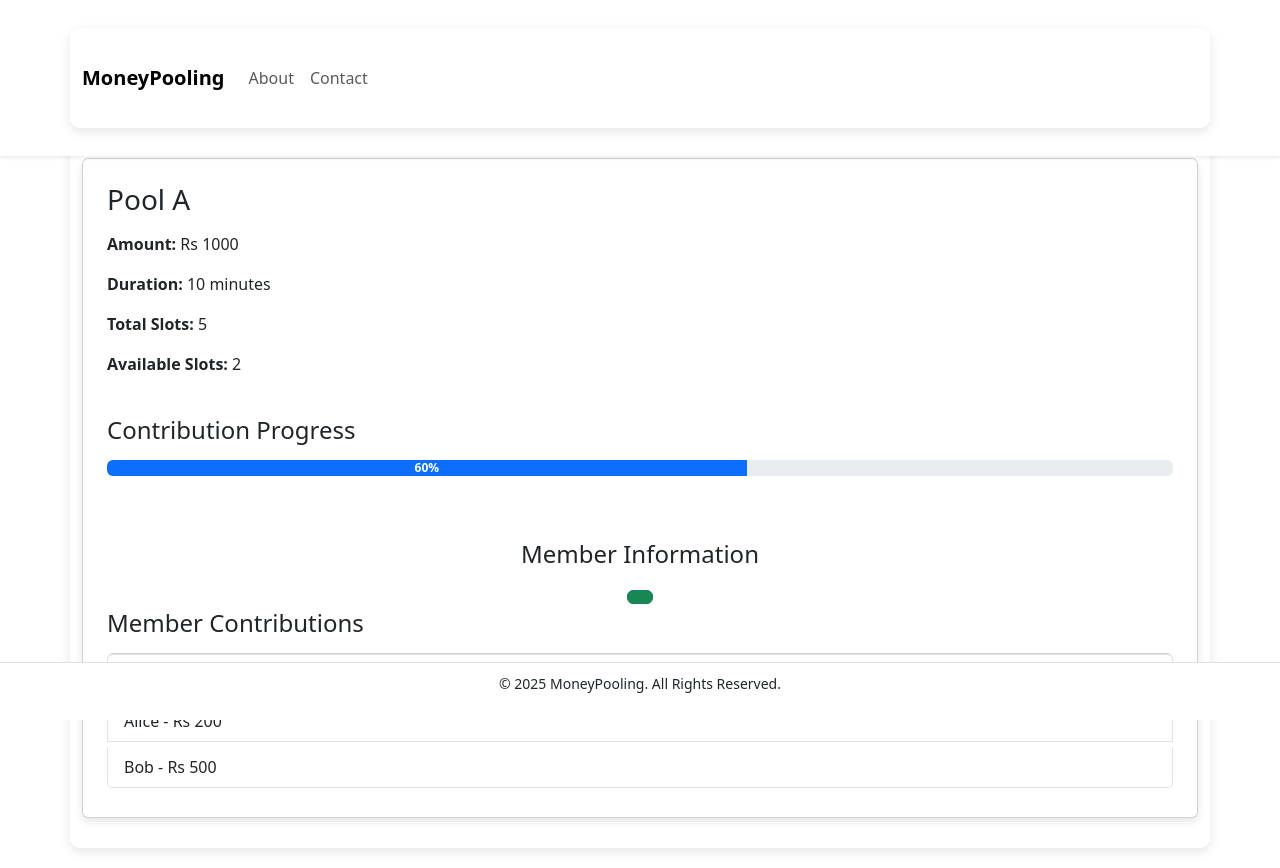
Repository: xxgautm420/MoneyPool
Page: templates/progress.html
These files come from the project's save history. The page is drawn as it stood at one moment and after the next save; the edit follows.
The browser window is 1280 px wide. The pictures show the whole page.
The page is served by the project's application, run on Flask 3 (user.py). The template is opened directly, without the code that normally fills it, so the values that code supplies are empty.

Above is the page before, as saved 2025-03-01 17:48:06.

After the next save:
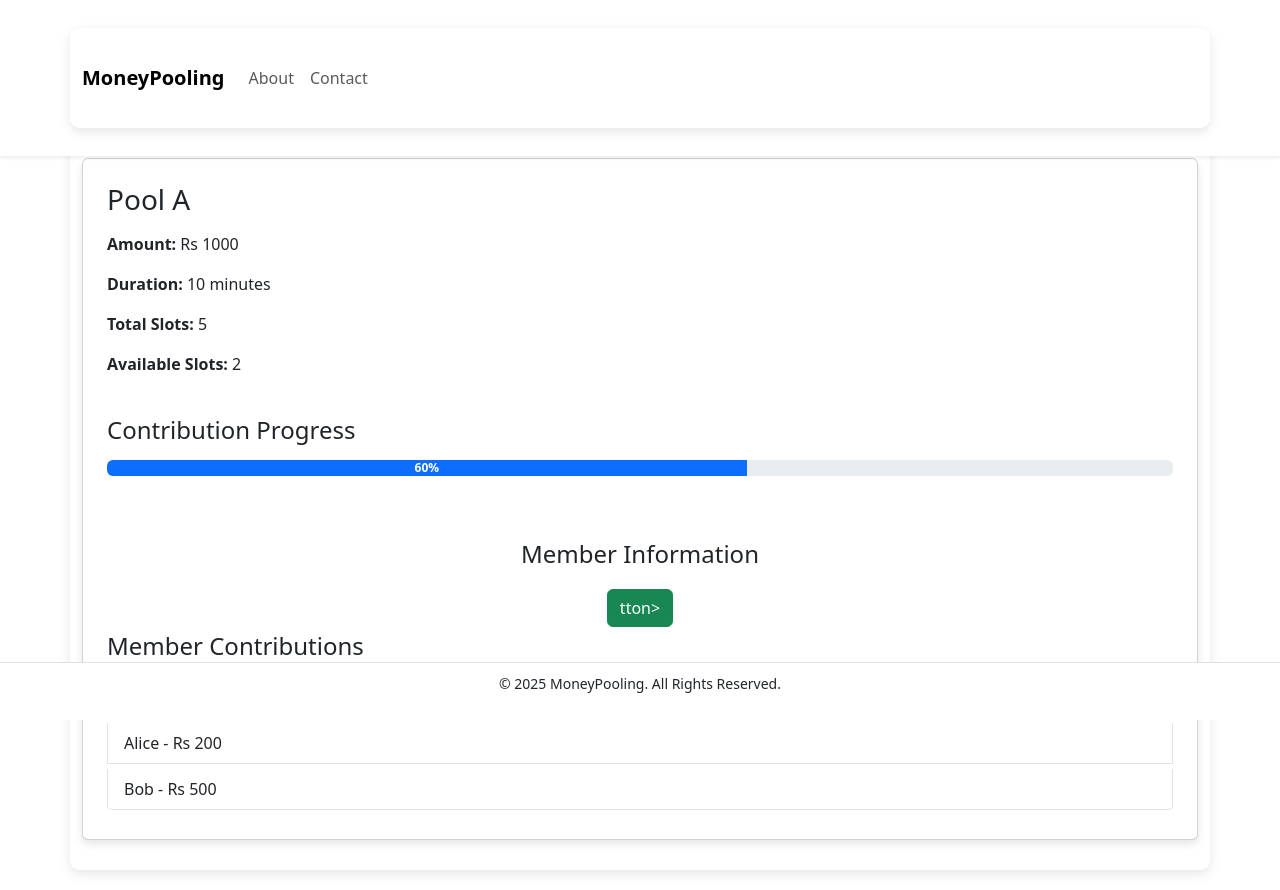
Saved 7 s later.
--- a/templates/progress.html
+++ b/templates/progress.html
@@ -49,7 +49,7 @@
 
         <div class="text-center mt-5">
             <h4>Member Information</h4>
-            <button class="btn btn-success" onclick="startSelection()" utton>
+            <button class="btn btn-success" onclick="startSelection()" >tton>
 
         </div>
 
